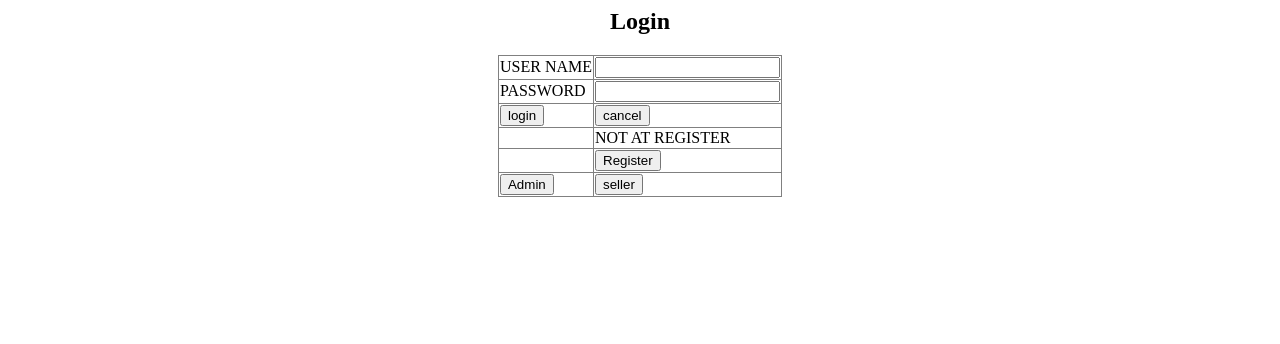
Repository: saik46573/sai
Page: http://localhost/Project/
These files come from the project's save history. The page is drawn as it stood at one moment and after the next save; the edit follows.
The browser window is 1280 px wide. The pictures show the whole page.
The page is served by Tomcat 9.

Above is the page before, as saved 2023-08-08 09:40:16.

After the next save:
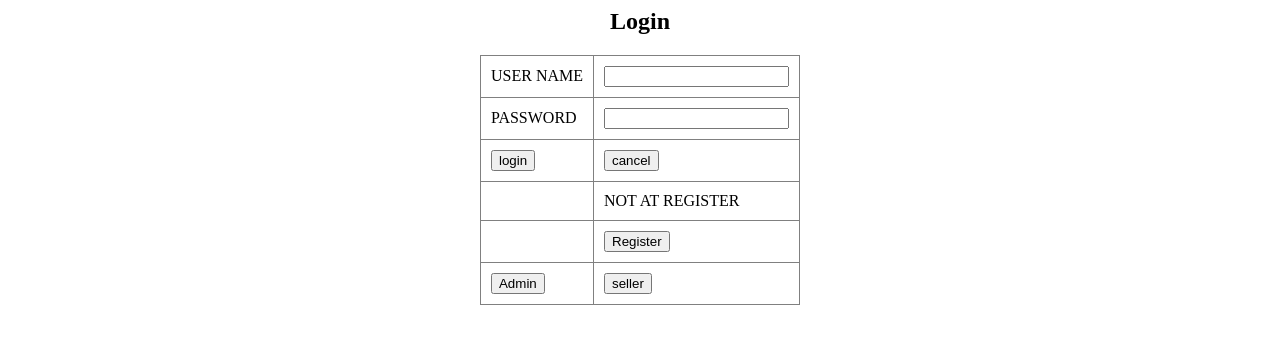
Saved 57 s later.
--- a/eclipse-workspace/Project/src/main/webapp/index.jsp
+++ b/eclipse-workspace/Project/src/main/webapp/index.jsp
@@ -2,7 +2,7 @@
 <body>
 <h2 align="center">Login </h2>
 <form action="login" method="post">
-	<table border="1px" align="center" style="border-collapse: collapse">
+	<table border="1px" align="center" cellpadding="10px" style="border-collapse: collapse">
 	<tr>
 	<td>USER NAME</td>
 	<td> <input type= "text" ></td>
